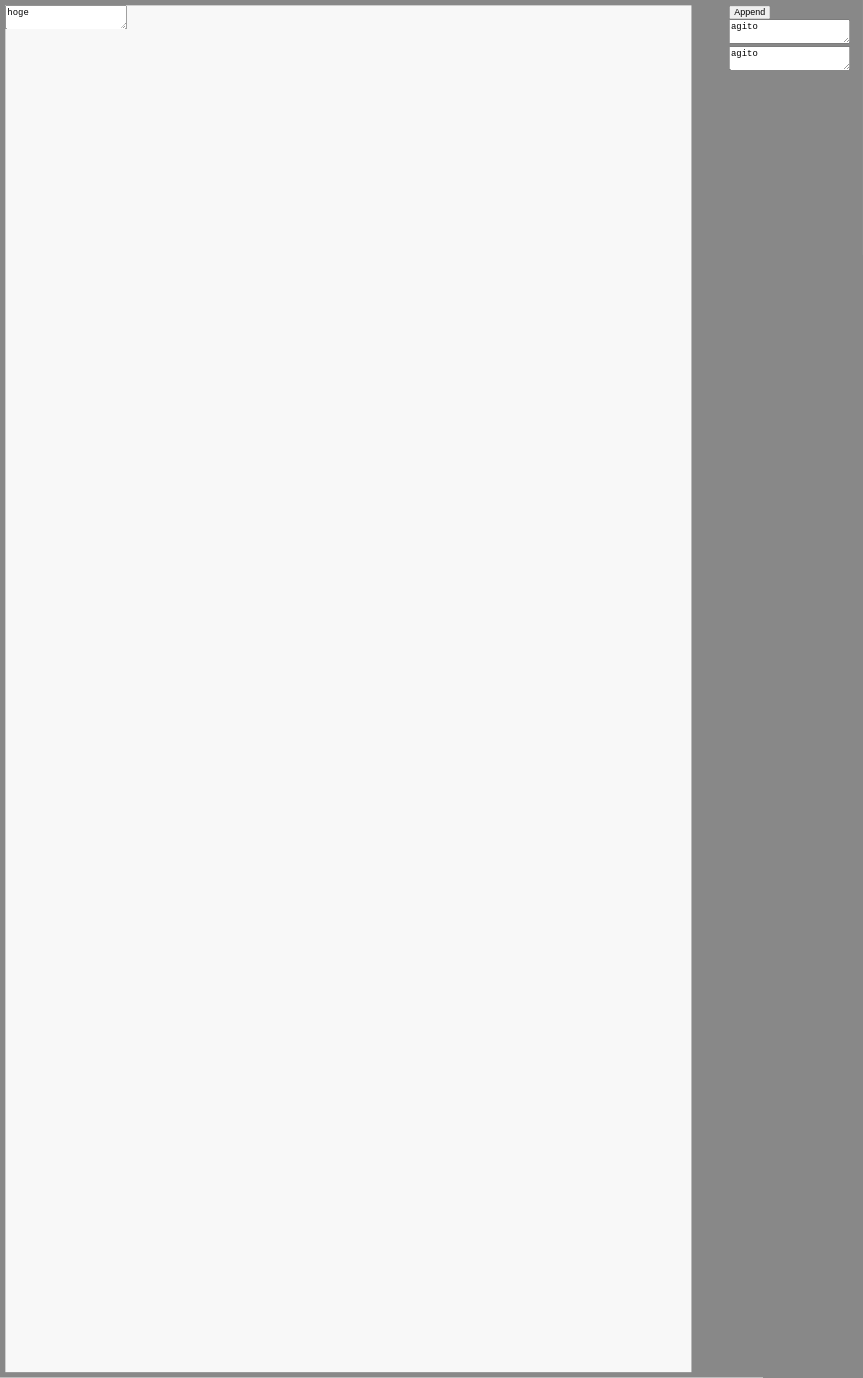
Repository: EndoHizumi/Memocca-Client
Page: board.html
The author's editor kept a copy of each file at every save. The page is drawn from the files as they stood at one save, then again after the next save.
The browser window is 1280 px wide. The page is 1288 px wide, so the pictures cover 1288 px, including what lies to the right of the window. The pictures show the whole page, at 67% of full size.

Above is the page before, as saved 2020-03-26 08:29:04.

### board.html
<!DOCTYPE html>
<html>

<head>
  <title>canvas tutorial</title>
  <script src="board.js"></script>
  <style>
    body {
      background: #888888;
      width: 100%;
      height: 2040px;
    }

    #canvas {
      background: #f8f8f8;
      width: 80%;
      height: 100%;
    }

    #stock {
      position: absolute;
      right: 0;
      width: 15%;
    }

    .append {
      display: block;
      right: 50%;
      left: 50%;
      position: relative;
    }

    .sticky {
      border: solid 1px black;
      width: 150px;
      height: 100px;
      margin: 5px;
      margin-top: 5px;
      background: yellow;
    }

    .in_stock {}

    .in_canvas {
      position: absolute;
    }
  </style>
</head>

<body>
  <div id="stock">
    <button id=Append>Append</button>
    <textarea class="stickey in_stock">agito</textarea>
    <textarea class="stickey in_stock">agito</textarea>
  </div>
  <div id="canvas">
    <textarea class="stickey in_canvas">hoge</textarea>
  </div>
</body>
<!--
  boards:
    GET:
        boards:一覧表示
        boards/{id}:詳細表示
    POST:
        boards:作成
    PUT:
        boards/{id}:更新（メンバーの追加・退出）
    DELETE:
        boards/{id}:削除
  stickeys:
    GET:
        stickeys/{boardid}:付箋全部取得
    POST:
        stickeys/{boardid}:付箋追加
    PUT:
        stickeys/{boardid}:付箋内容変更
    DELETE:
        stickeys/{boardid}:付箋削除
  users:
    GET:
        users/:ユーザー一覧
        users/{userid}:ユーザー詳細情報
    POST:
        users/{board}:ユーザー追加
    PUT:
        users/{userid}:ユーザー情報変更
    DELETE:
        users/{userid}:ユーザー削除
-->

</html>

### board.js
window.onload = function () {
  function onClick(e) {
    var div = document.createElement('div');
    div.className = 'stickey instock';
    document.getElementById('stock').appendChild(div);
  }

  append = document.getElementById('Append')
  append.addEventListener('click', onClick, false);
}

After the next save:
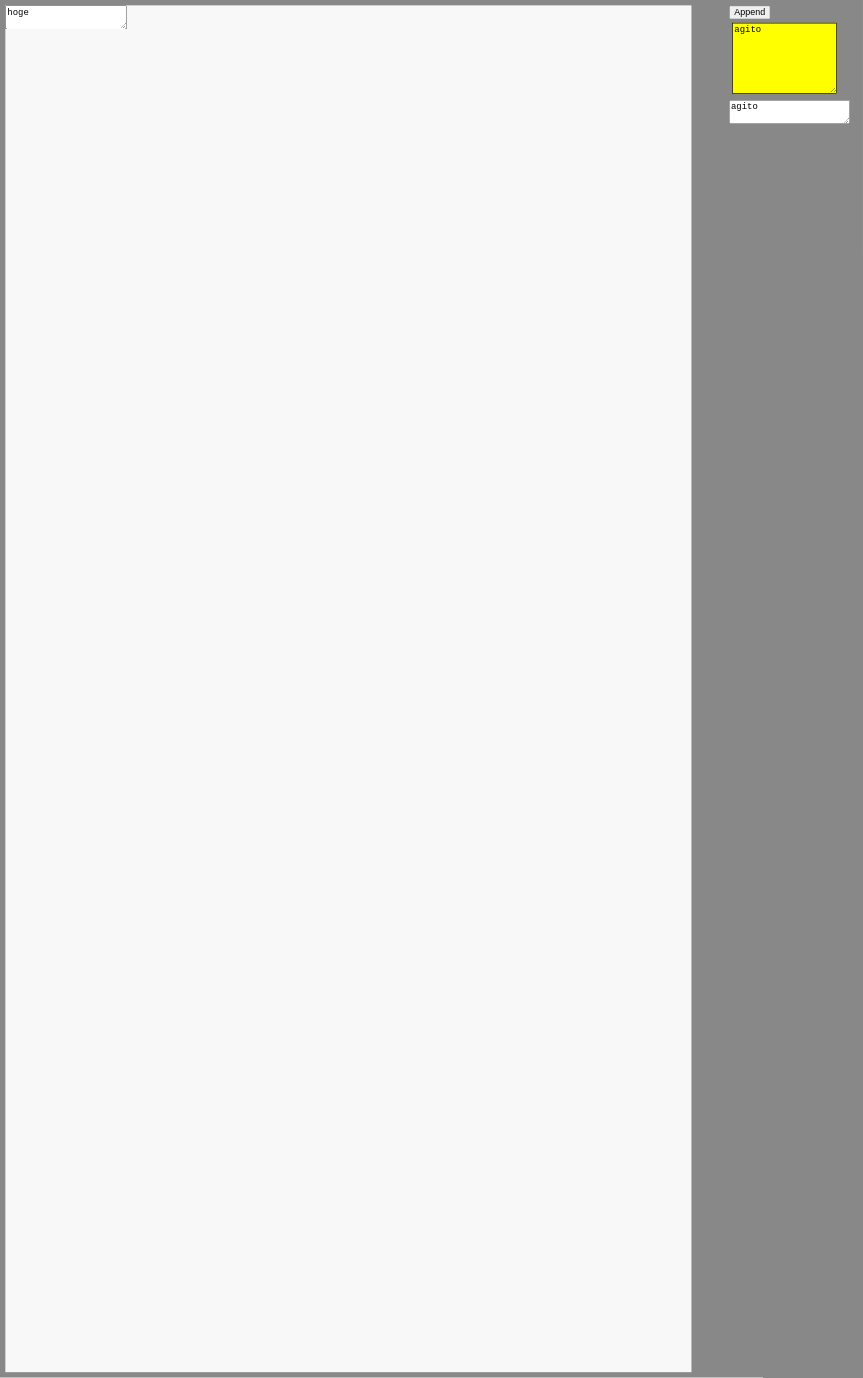
Saved 54 s later.
--- a/board.html
+++ b/board.html
@@ -50,7 +50,7 @@
 <body>
   <div id="stock">
     <button id=Append>Append</button>
-    <textarea class="stickey in_stock">agito</textarea>
+    <textarea class="sticky in_stock">agito</textarea>
     <textarea class="stickey in_stock">agito</textarea>
   </div>
   <div id="canvas">
